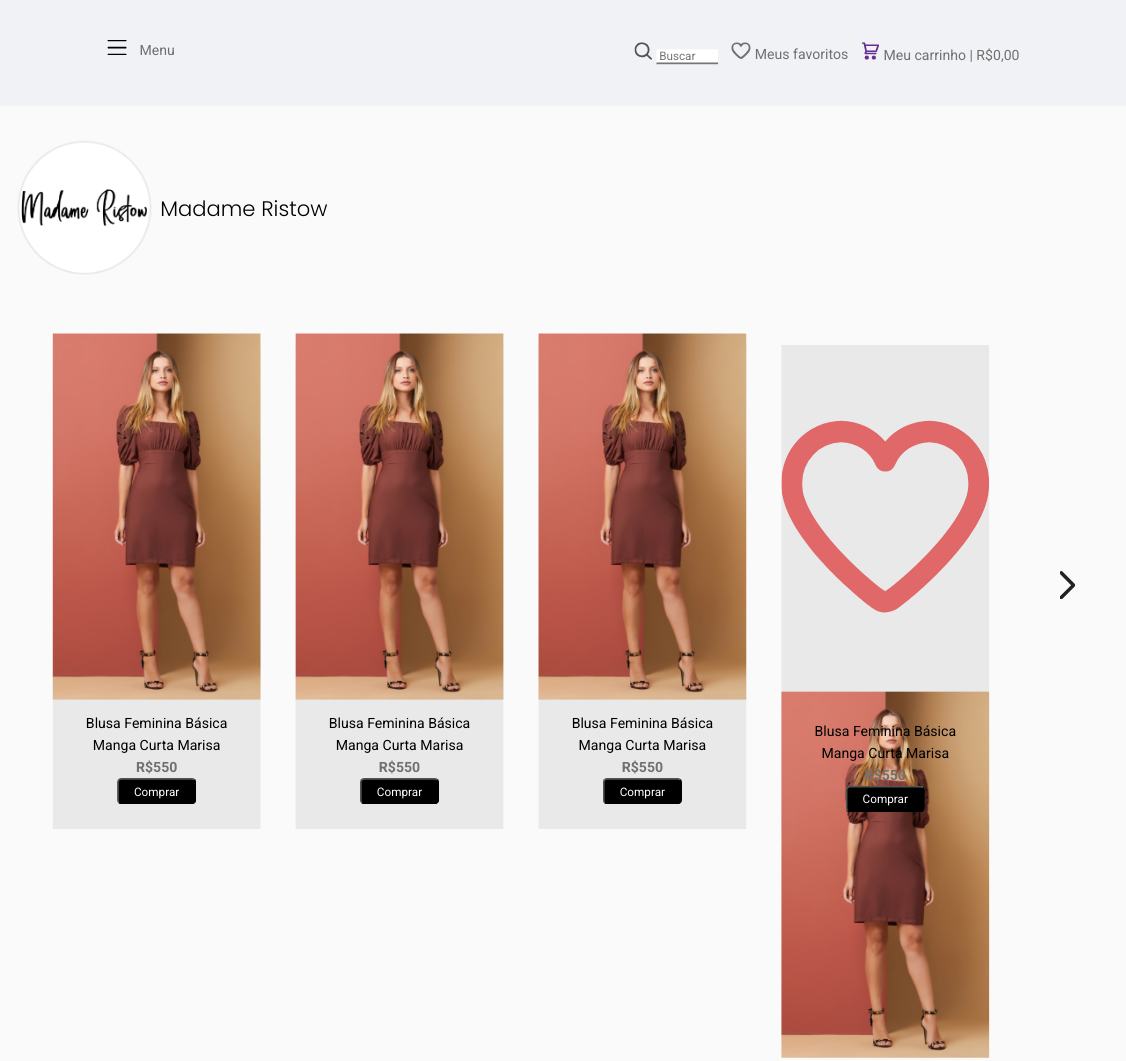
Repository: gutobarbosa/FrontEndLojaVirtual
Page: /
These files come from the project's save history. The page is drawn as it stood at one moment and after the next save; the edit follows.
The browser window is 1280 px wide. The pictures show the whole page, at 88% of full size.
The project was rebuilt for these pictures with package versions that can differ from the ones it lists, and the page was loaded fresh each time. Also part of the build but not shown: src/pages/Repository/styles.ts, src/services/api.ts, src/pages/Repository/index.tsx.

Above is the page before, as saved 2020-11-20 23:06:42.

### public/index.html
<!DOCTYPE html>
<html lang="en">
  <head>
    <meta charset="utf-8" />
    <meta name="viewport" content="width=device-width, initial-scale=1" />
    <meta name="theme-color" content="#000000" />

    <title></title>
    <link href="https://fonts.googleapis.com/css2?family=Roboto:wght@400;700&display=swap" rel="stylesheet">
    <link rel="preconnect" href="https://fonts.gstatic.com">
    <link rel="preconnect" href="https://fonts.gstatic.com">
<link href="https://fonts.googleapis.com/css2?family=Poppins:ital,wght@0,300;0,400;1,200&display=swap" rel="stylesheet">
</head>
  <body>
    <noscript>You need to enable JavaScript to run this app.</noscript>
    <div id="root"></div>

  </body>
</html>

### src/App.tsx
import React from 'react';
import { BrowserRouter as Router } from 'react-router-dom';

import Routes from './routes';

import GlobalStyle from '../src/styles/global';

const App: React.FC = () => (
  <>
    <GlobalStyle />
    <Router>
      <Routes />
    </Router>
  </>
);

export default App;

### src/routes/index.tsx
import React from 'react';
import {Switch, Route} from 'react-router-dom';

import Dashboard from '../pages/Dashboard';
import Repository from '../pages/Repository';

// rota da url, nesse caso a nossa rota atual é a raiz então vai apenas a / e o componente é que sera acessado através desse endereço url
const Routes: React.FC = () =>{
    return (
        <Switch>
            <Route path="/" exact component={Dashboard} />
            <Route path="/repositories/:repository+" component={Repository} />
        </Switch>
    );
}

export default Routes;

### src/styles/global.ts
import { createGlobalStyle } from 'styled-components';

export default createGlobalStyle`
  * {
    margin: 0;
    padding: 0;
    outline: 0;
    box-sizing: border-box;
  }

  body {
    background: #FAFAFA ;
    -webkit-font-smoothing: antialiased

  }

  body, input, button {
    font-family: 'Roboto', sans-serif;
    max-width: 1500vw;
  }

  button {
    cursor: pointer;
  }
`;

### src/pages/Dashboard/index.tsx
/* eslint-disable no-undef */

import React from "react";
import { Container, ContainerProducts } from "./styles";
import lefticon from '../../assets/avatar 152 x 152px.png';
import productimage from '../../assets/image-product.png';
import arrownext from '../../assets/arrowNext.svg';
import iconheart from '../../assets/iconHeart.svg';

import Header from '../../components/Header';

//import { Container, CardContainer, Card, TableContainer } from './styles';

const Dashboard: React.FC = () => {

  return (
    <>
    <Header/>
    <Container>
    <img src={lefticon} alt="Hamburguer" />
    <h3>Madame Ristow</h3>
    </Container>
    <ContainerProducts>
        <div className="productBox">
            <div className="productImage">
            <img src={productimage} alt="Product" />
            </div>
            <div className="productinformation">
            <p>Blusa Feminina Básica Manga Curta Marisa<br/></p>
                <p className ="bold">R$550 <br/></p>
                <div className="buttonBuy">
                    <button>Comprar</button>
                </div>
            </div>
        </div>
        <div className="productBox">
            <div className="productImage">
            <img src={productimage} alt="Product" />
            </div>
            <div className="productinformation">
            <p>Blusa Feminina Básica Manga Curta Marisa<br/></p>
                <p className ="bold">R$550 <br/></p>
                <div className="buttonBuy">
                    <button>Comprar</button>
                </div>
            </div>
        </div>
        <div className="productBox">
            <div className="productImage">
            <img src={productimage} alt="Product" />
            </div>
            <div className="productinformation">
            <p>Blusa Feminina Básica Manga Curta Marisa<br/></p>
                <p className ="bold">R$550 <br/></p>
                <div className="buttonBuy">
                    <button>Comprar</button>
                </div>
            </div>
        </div>
        <div className="productBox">
            <div className="productImage">
            <img src={iconheart} alt="Product" />
            <img src={productimage} alt="Product" />

            </div>
            <div className="productinformation">
                <p>Blusa Feminina Básica Manga Curta Marisa<br/></p>
                <p className ="bold">R$550 <br/></p>
                <div className="buttonBuy">
                    <button>Comprar</button>
                </div>
            </div>
        </div>
        <div className="arrowNext">
            <img src={arrownext} alt="arrownext" />
        </div>
    </ContainerProducts>
    </>
  );
};

export default Dashboard;

### src/pages/Dashboard/styles.ts
import styled from 'styled-components';
/*
interface CardProps {
  total?: boolean;
}*/

export const Container = styled.div`
  width: 100%;
  max-width: 1600px;
  margin: 0 auto;
  padding: 40px 20px;
  display: flex;
  align-items: center;


    img {
        justify-content: flex-start;
    }

    h3 {
        color: black;
        margin-left: 10px;
        font-family: 'Poppins', sans-serif;
        font-size: 24px;
        font-weight: 300;
    }
`;
export const ContainerProducts = styled.div`
width: 100%;
max-width: 1600px;
margin: 0 auto;
padding: 40px 20px;
display: flex;
align-items: center;

    .productBox {
        width: 236px;
        height: 550px;
        margin-left: 40px;
        background: #E9E9E9;
    }
    .productinformation {
        max-width: 250px;
        max-height: 150px;
    }
    .productImage{
        max-width: 236px;
        max-height: 416px;
    }
    .productImage img {
        width: 100%;
        height: 416px;
        margin-top: -13px;
    }

    .arrowNext {
        margin-left: 80px;
    }
    .productinformation{
        width: 200px;
        size: 20px;
        justify-content: center;
        margin: 0 auto;
        margin-top: 10px;
    }
    .productinformation p{
        text-align: center;
        line-height: 25px;
    }
    .buttonBuy {
        width: 100%;
        margin: 0 auto;
        text-align: center;
    }
    .productinformation button{
        background: black;
        color: white;
        width: 90px;
        height: 30px;
        border-radius: 5px;
        cursor: pointer;
    }

    .bold{
        color: #707070;
        font-weight: bold;
    }

`;

### src/components/Header/index.tsx
import React from 'react';

//import { Link } from 'react-router-dom';
import hamburguerBars from '../../assets/hamburguer.svg';
import searchicon from '../../assets/searchIcon.svg';
import favoriteicon from '../../assets/favoriteIcon.svg';
import mycaricon from '../../assets/mycarIcon.svg'
import { Container, ContainerHeader, ContentLeft, ContentRight } from '../Header/styles';




const Header: React.FC = () => (
  <Container>
    <ContainerHeader>
    <header>
      <ContentLeft>
        <div className="menuTotal">
          <img src={hamburguerBars} alt="Hamburguer" />
          <span className="menu">Menu</span>
        </div>
      </ContentLeft>
      <ContentRight>
        <div className="searchTotal">
          <img src={searchicon} alt="Hamburguer" />
          <input placeholder=" Buscar" type="text"/>
        </div>
        <div className="favoritesTotal">
          <img src={favoriteicon} alt="Favorite" />
          <span>Meus favoritos</span>
        </div>
        <div className="MycarTotal">
          <img src={mycaricon} alt="Mycar" />
          <span>Meu carrinho | R$0,00</span>
        </div>
      </ContentRight>
    </header>
    </ContainerHeader>
  </Container>
);

export default Header;

### src/components/Header/styles.ts
import styled from 'styled-components';
/*
interface ContainerProps {
  size?: 'small' | 'large';
}*/

export const Container = styled.div`
  background: #F0F2F5;
  padding: 30px;
  width: 100%;

  header {
    height: 60px;
    margin: 0 auto;
    display: flex;
    align-items: center;
    justify-content: space-between;
  }

  span {
    color: #707070;
    text-align: left;
    opacity: 1;
    margin-left: 25px;
    cursor: pointer;
  }
  .menu{
    margin-left: 10px;

  }
  input {
    border-left: 0px solid black;
    border-right: 0px solid black;
    border-top: 0px solid black;
    width: 70px;
  }

   img {
    margin-right: 5px;
   }

   .menuTotal{
     width:100px;
     height:30px;
     cursor:pointer;
   }

   .menuTotal:hover{
    opacity: 0.5;
  }
`;

export const ContainerHeader = styled.div`
width: 85%;
margin: 0 auto;
`;


export const ContentLeft = styled.div`

`;

export const ContentRight = styled.div`
  display: flex;
  margin-left: 20px;
  .favoritesTotal img {
        margin-right: -20px;
        margin-left: 15px
    }

    .favoritesTotal:hover{
        cursor:pointer;
        opacity: 0.7;
    }

    .MycarTotal img {
        margin-right: -20px;
        margin-left: 15px
    }

    .MycarTotal:hover{
        cursor:pointer;
        opacity: 0.7;
    }


`;

Loaded but not shown: src/index.tsx (common file)

After the next save:
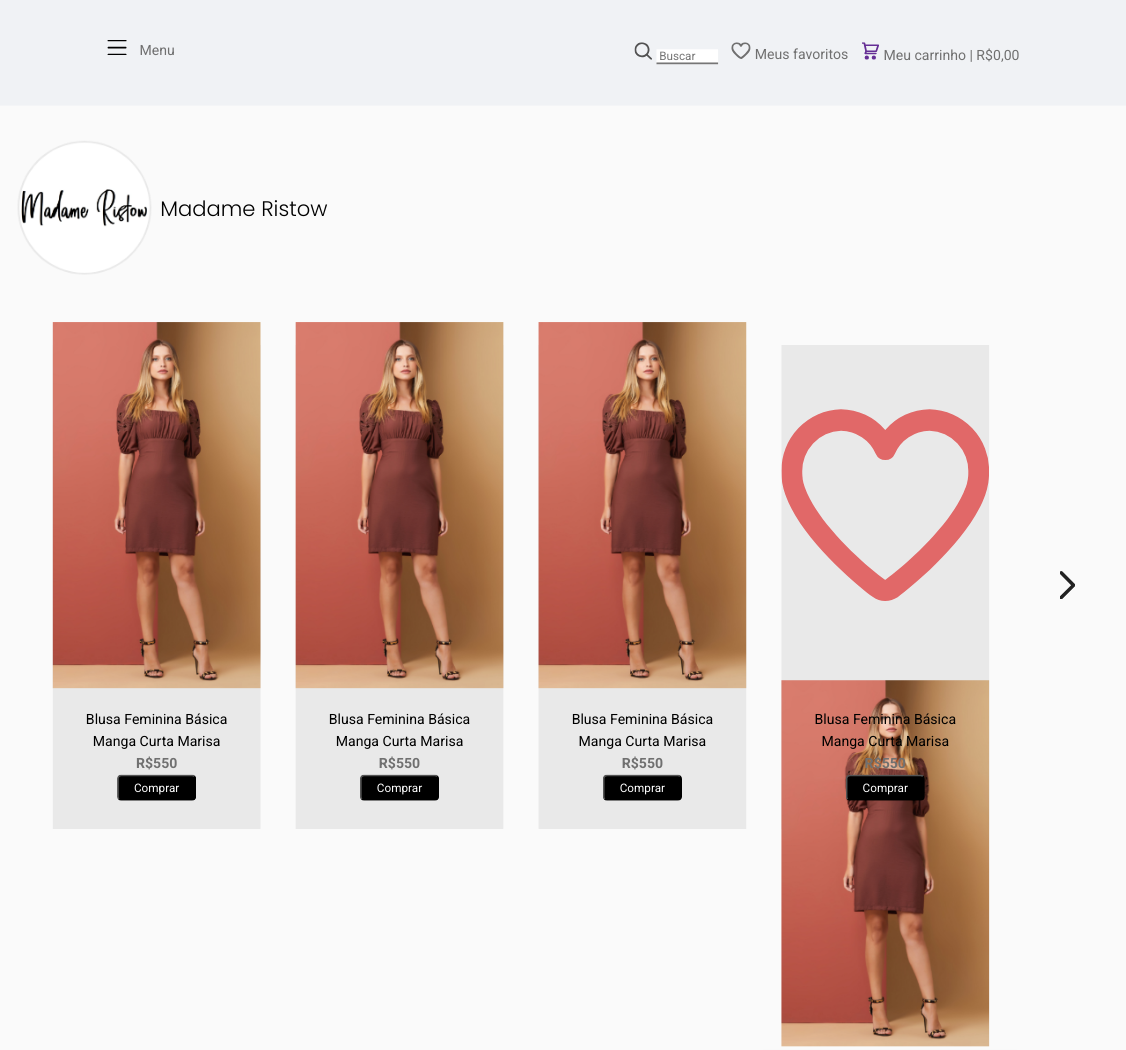
Saved 21 s later.
--- a/src/pages/Dashboard/styles.ts
+++ b/src/pages/Dashboard/styles.ts
@@ -52,6 +52,11 @@
         height: 416px;
         margin-top: -13px;
     }
+    .productImage:first-child {
+        width: 100%;
+        height: 416px;
+        margin-top: -13px;
+    }
 
     .arrowNext {
         margin-left: 80px;
